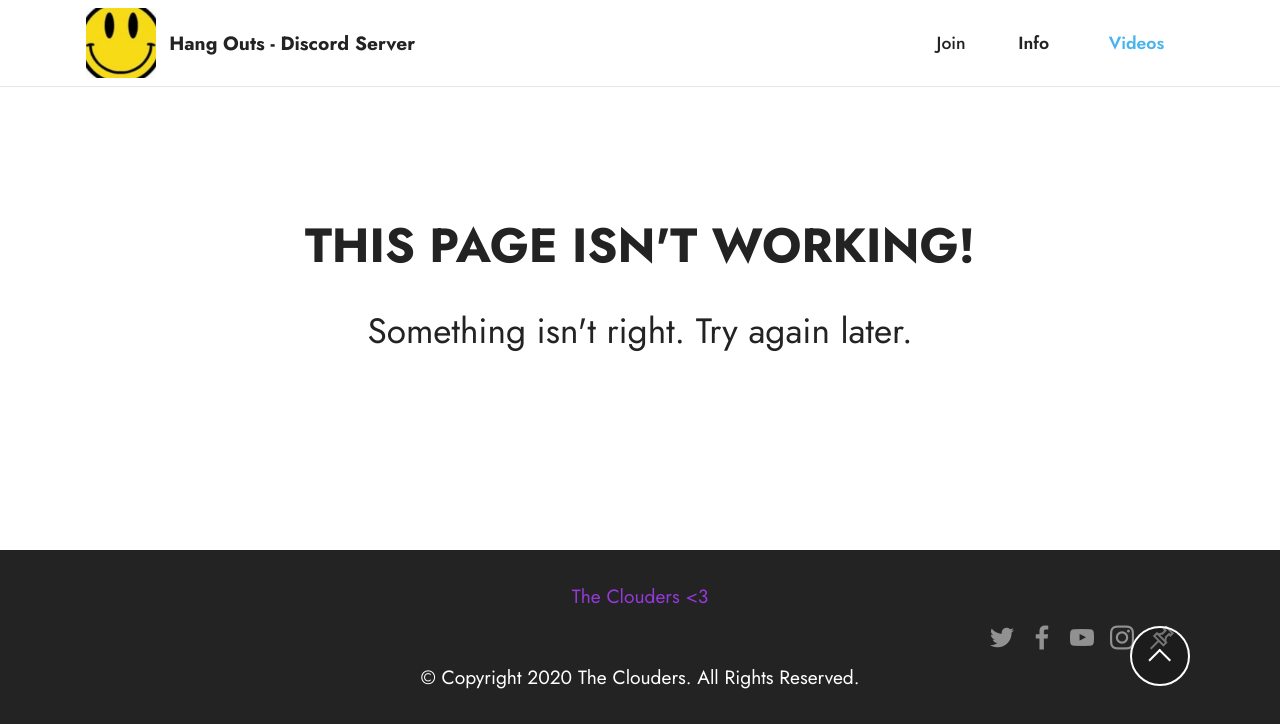
Repository: CubeScars/hangoutswebsite
Page: page1.html
These files come from the project's save history. The page is drawn as it stood at one moment and after the next save; the edit follows.
The browser window is 1280 px wide. The pictures show the whole page.

Above is the page before, as saved 2021-09-23 22:30:52.

After the next save:
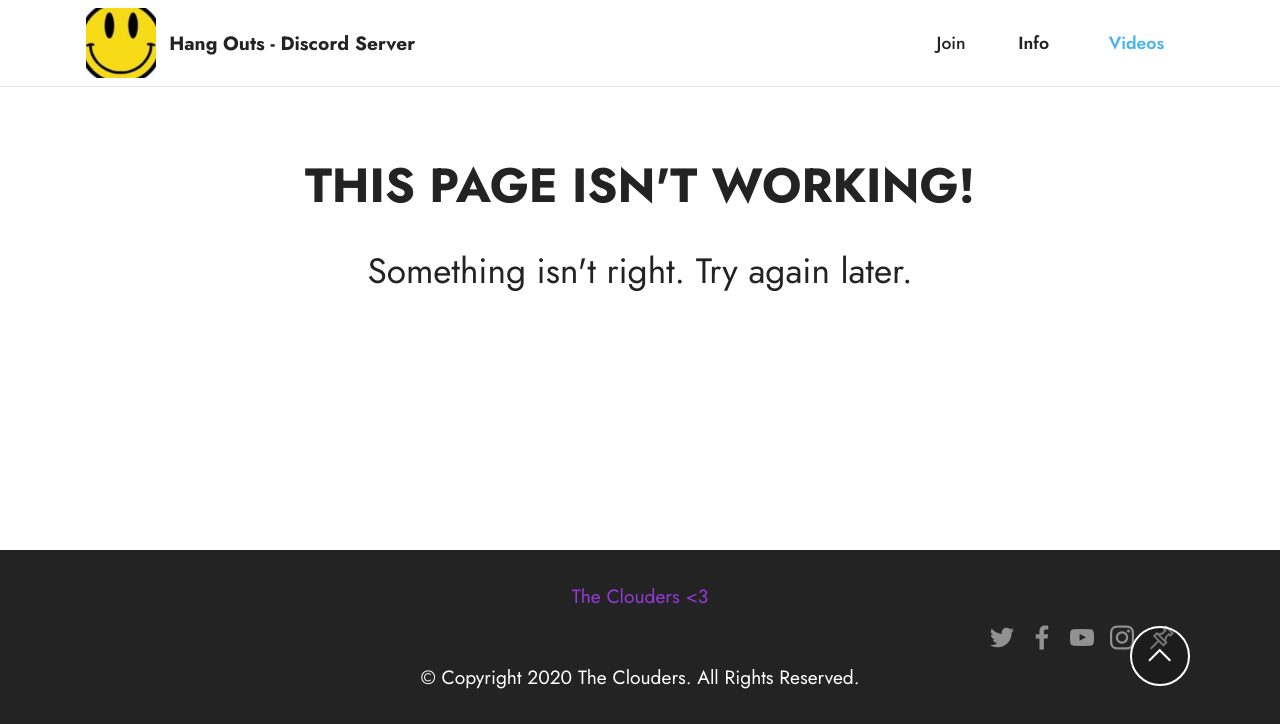
Saved 1 s later.
--- a/page1.html
+++ b/page1.html
@@ -3,6 +3,7 @@
 <head>
   <meta charset="UTF-8">
   <meta http-equiv="X-UA-Compatible" content="IE=edge">
+  <meta name="generator" content="Mobirise v5.4.1, mobirise.com">
   <meta name="viewport" content="width=device-width, initial-scale=1, minimum-scale=1">
   <link rel="shortcut icon" href="assets/images/41cyuoxrpvl.-ac-121x121.jpeg" type="image/x-icon">
   <meta name="description" content="Error Page">
@@ -26,7 +27,22 @@
 </head>
 <body>
 
-  <section data-bs-version="5.1" class="menu cid-s48OLK6784" once="menu" id="menu1-k">
+  <section data-bs-version="5.1" class="content4 cid-sJHx83z6Wk" id="content4-m">
+
+
+    <div class="container">
+        <div class="row justify-content-center">
+            <div class="title col-md-12 col-lg-11">
+                <h3 class="mbr-section-title mbr-fonts-style align-center mb-4 display-2">
+                    <strong>THIS PAGE ISN'T WORKING!</strong></h3>
+                <h4 class="mbr-section-subtitle align-center mbr-fonts-style mb-4 display-5">Something isn't right. Try again later.</h4>
+
+            </div>
+        </div>
+    </div>
+</section>
+
+<section data-bs-version="5.1" class="menu cid-s48OLK6784" once="menu" id="menu1-k">
 
     <nav class="navbar navbar-dropdown navbar-fixed-top navbar-expand-lg">
         <div class="container">
@@ -54,21 +70,6 @@
         </div>
     </nav>
 
-</section>
-
-<section data-bs-version="5.1" class="content4 cid-sJHx83z6Wk" id="content4-m">
-
-
-    <div class="container">
-        <div class="row justify-content-center">
-            <div class="title col-md-12 col-lg-11">
-                <h3 class="mbr-section-title mbr-fonts-style align-center mb-4 display-2">
-                    <strong>THIS PAGE ISN'T WORKING!</strong></h3>
-                <h4 class="mbr-section-subtitle align-center mbr-fonts-style mb-4 display-5">Something isn't right. Try again later.</h4>
-
-            </div>
-        </div>
-    </div>
 </section>
 
 <section data-bs-version="5.1" class="footer3 cid-s48P1Icc8J mbr-reveal" once="footers" id="footer3-l">
